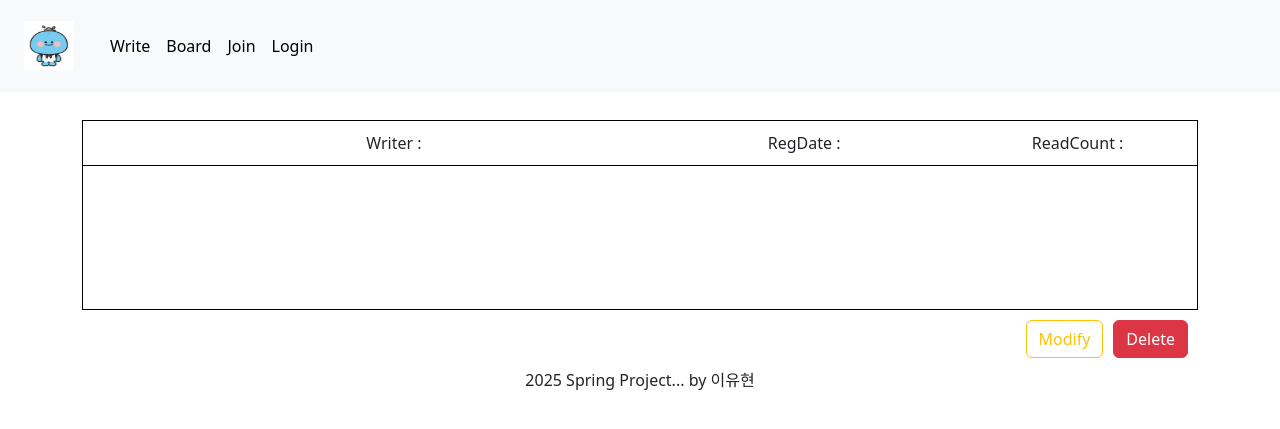
Repository: LeeYouHyeon/6.Spring
Page: http://localhost/spring_project/WEB-INF/views/board/detail.jsp
An editor plug-in stored every save of this project. The page is shown before and after the next save, followed by the edit.
The browser window is 1280 px wide. The pictures show the whole page.
The page is served by Tomcat 9. Nobody is signed in. Other server files are loaded and not shown. The template is opened directly, without the code that normally fills it, so the values that code supplies are empty.

Above is the page before, as saved 2025-06-02 03:14:14.
Console error: TypeError: Cannot read properties of null (reading 'addEventListener')

### spring_project/src/main/webapp/WEB-INF/views/board/detail.jsp
<head>
<link href="../resources/css/detail.css" rel="stylesheet" type="text/css">
</head>
<%@ page language="java" contentType="text/html; charset=UTF-8" pageEncoding="UTF-8"%>
<%@ include file="../layout/header.jsp"%>
<%@ taglib uri="http://java.sun.com/jsp/jstl/core" prefix="c"%>

<div class="container-md">
	<h3 class="title line">${bvo.title}</h3>
	<div class="line">
		<div class="bno">${bvo.bno}</div>
		<div class="writer">Writer : ${bvo.writer}</div>
		<div class="regDate">RegDate : ${bvo.regDate}</div>
		<div class="readCount">ReadCount : ${bvo.readCount}</div>
	</div>
	<div class="line content">${bvo.content}</div>
	<div class="line buttons">
		<a href="/board/modify?bno=${bvo.bno}"><button class="btn btn-outline-warning">Modify</button></a>
		<a href="/board/delete?bno=${bvo.bno}">
			<button class="btn btn-danger">Delete</button>
		</a>
	</div>
</div>

<%@ include file="../layout/footer.jsp"%>

### spring_project/src/main/webapp/WEB-INF/views/layout/header.jsp
<%@ page language="java" contentType="text/html; charset=UTF-8" pageEncoding="UTF-8"%>
<%@ taglib uri="http://java.sun.com/jsp/jstl/core" prefix="c" %>
<%@ taglib uri="http://www.springframework.org/security/tags" prefix="sec" %>
<!DOCTYPE html>
<html>
<head>
<meta charset="UTF-8">
<sec:csrfMetaTags/>
<meta name="_csrf" content="CSRF_token_VALUE">
<meta name="_csrf.header" content="X-CSRF-TOKEN">
<title>Spring Project</title>
<link rel="stylesheet" href="/resources/dist/css/bootstrap.min.css">
<script type="text/javascript" src="/resources/dist/js/bootstrap.bundle.min.js"></script>
</head>
<body>
	<nav class="navbar navbar-expand-lg bg-body-tertiary">
		<div class="container-fluid">
			<nav class="navbar bg-body-tertiary">
				<div class="container">
					<a class="navbar-brand" href="/">
						<img src="/resources/image/logo.jpg" alt="Bootstrap" width="50" height="50">
					</a>
				</div>
			</nav>
			<button class="navbar-toggler"
				type="button"
				data-bs-toggle="collapse"
				data-bs-target="#navbarSupportedContent"
				aria-controls="navbarSupportedContent"
				aria-expanded="false"
				aria-label="Toggle navigation">
				<span class="navbar-toggler-icon"></span>
			</button>
			<div class="collapse navbar-collapse" id="navbarSupportedContent">
				<ul class="navbar-nav me-auto mb-2 mb-lg-0">
					<li class="nav-item">
						<a class="nav-link active" aria-current="page" href="/board/register">Write</a>
					</li>
					<li class="nav-item">
						<a class="nav-link active" aria-current="page" href="/board/list">Board</a>
					</li>
					<sec:authorize access="isAnonymous()">
						<li class="nav-item">
							<a class="nav-link active" aria-current="page" href="/user/register">Join</a>
						</li>
						<li class="nav-item">
							<a class="nav-link active" aria-current="page" href="/user/login">Login</a>
						</li>
					</sec:authorize>
					<sec:authorize access="isAuthenticated()">
						<!-- 인증객체가 만들어진 상태(로그인) -->
						<!-- 인증 객체를 가져오기 => 현재 로그인 정보 : property="principal" -->
						<sec:authentication property="principal" var="pri"/>
						<li class="nav-item">
							<form action="/user/logout" method="post" id="logoutForm">
								<!-- CSRF -->
								<input type="hidden" name="${_csrf.parameterName}" value="${_csrf.token}">

								<a class="nav-link active" aria-current="page" id="logoutLink">Logout</a>
							</form>
						</li>
						<li class="nav-item">
							<a class="nav-link active" aria-current="page" href="/user/info">UserInfo</a>
						</li>
						<c:if test="${pri.uvo.authList.stream().anyMatch(a -> a.auth.equals('ROLE_ADMIN')).get()}">
						<li class="nav-item">
							<a class="nav-link active" aria-current="page" href="/user/list">UserList</a>
						</li>
						</c:if>
					</sec:authorize>
				</ul>
			</div>
		</div>
	</nav>

	<script type="text/javascript">
		document.getElementById('logoutLink').addEventListener('click', e => {
			  e.preventDefault();
			  document.getElementById('logoutForm').submit();
		});
	</script>

### spring_project/src/main/webapp/WEB-INF/views/layout/footer.jsp
<%@ page language="java" contentType="text/html; charset=UTF-8"
	pageEncoding="UTF-8"%>

<div class="text-center">2025 Spring Project... by 이유현</div>
</body>
</html>

### spring_project/src/main/webapp/resources/css/detail.css
@charset "UTF-8";
div{
  text-align: center;
}
.container-md{
	display: flex;
	flex-direction: column;
	justify-content: center;
	align-items: center;
}

.container-md>*{
	padding: 10px;
}

div.line{
  width: 100%;
  padding: 10px;

  display: flex;

  border: 1px solid black;
  border-top: none;
}
div.line:first-of-type{
	border-top: 1px solid black;
}
div.line:last-of-type{
	border: none;
}

.title{
	width: auto;
	font-size: 24px;
	font-weight: 600;
}
.bno{
  width: 5%;
}
.writer{
  width: 45%;
}
.regDate{
  width: 30%;
}
.readCount{
  width: 20%;
}
.content{
	width: auto;

	text-align: left;
	min-height: 20vh;
}
.buttons{
  display: flex;
  justify-content: right;
}
.buttons>a>button{
	margin-left: 10px !important;
}

Loaded but not shown: spring_project/src/main/webapp/resources/dist/css/bootstrap.min.css (library); spring_project/src/main/webapp/resources/dist/js/bootstrap.bundle.min.js (library)

After the next save:
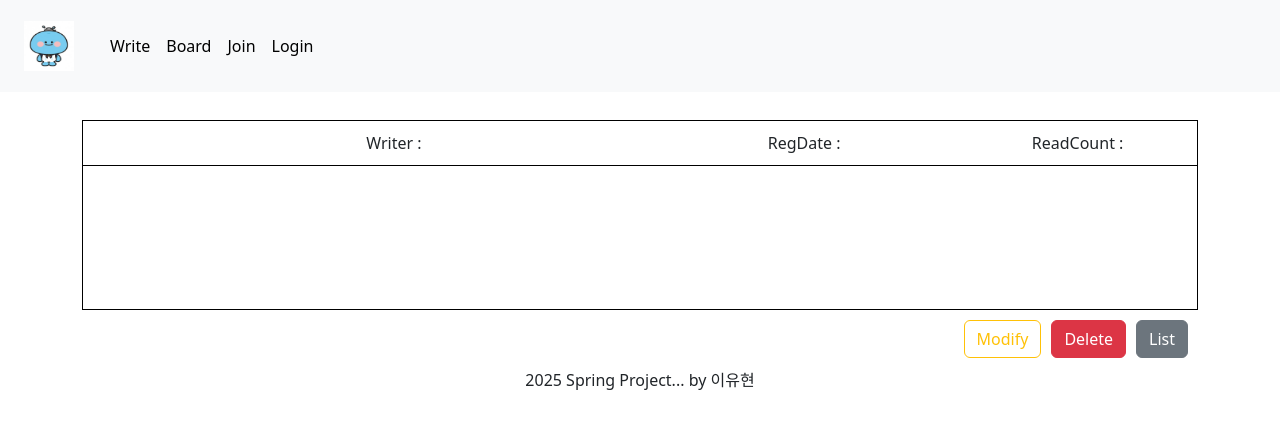
Saved 119 s later.
--- a/spring_project/src/main/webapp/WEB-INF/views/board/detail.jsp
+++ b/spring_project/src/main/webapp/WEB-INF/views/board/detail.jsp
@@ -19,6 +19,9 @@
 		<a href="/board/delete?bno=${bvo.bno}">
 			<button class="btn btn-danger">Delete</button>
 		</a>
+		<a href="/">
+			<button class="btn btn-secondary">List</button>
+		</a>
 	</div>
 </div>
 
